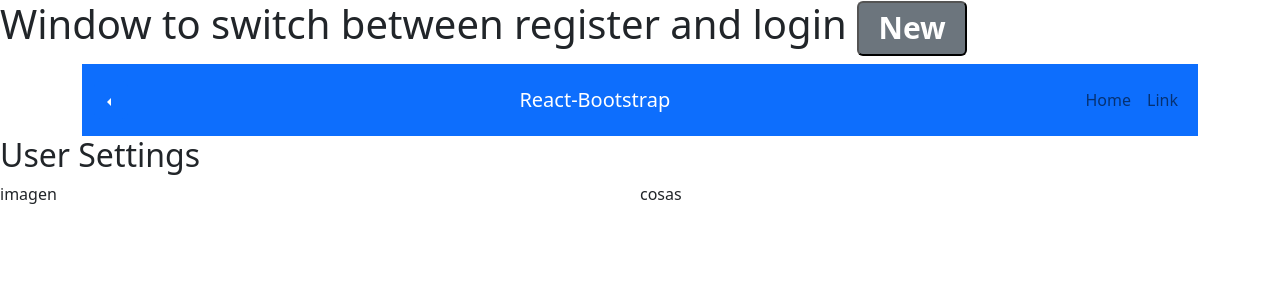
Repository: christenis98/RealWorldApp
Page: / (app in bank-frontend/)
These files come from the project's save history. The page is drawn as it stood at one moment and after the next save; the edit follows.
The browser window is 1280 px wide. The pictures show the whole page.
The project was rebuilt for these pictures with package versions that can differ from the ones it lists, and the page was loaded fresh each time. Also part of the build but not shown: bank-frontend/src/App.css.

Above is the page before, as saved 2022-11-24 12:02:24.

After the next save:
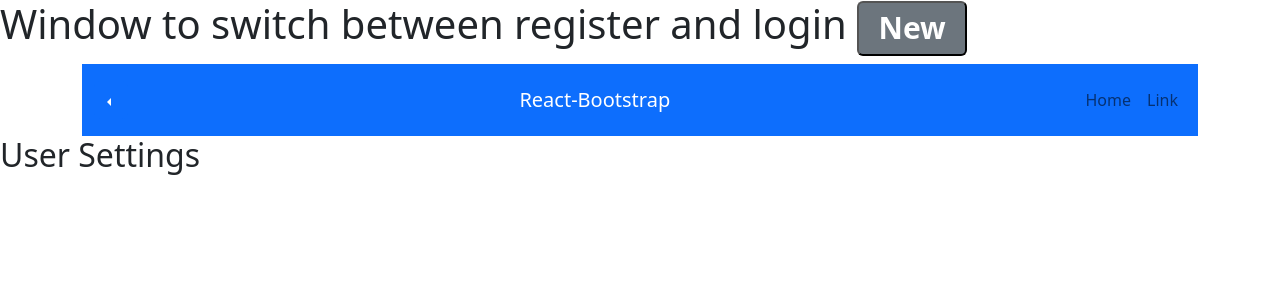
Saved 86 s later.
--- a/bank-frontend/src/js/UserSettings.jsx
+++ b/bank-frontend/src/js/UserSettings.jsx
@@ -5,12 +5,7 @@ function UserSettings() {
     <div class="d-flex flex-column bd-highlight mb-3">
         <h2>User Settings</h2>
         <div class="d-flex flex-row bd-highlight mb-3">
-            <div style={{width: "50%"}}>
-            imagen
-        </div>
-        <div style={{width:"50%"}}>
-            cosas
-        </div>
+
         </div>
 
     </div>
